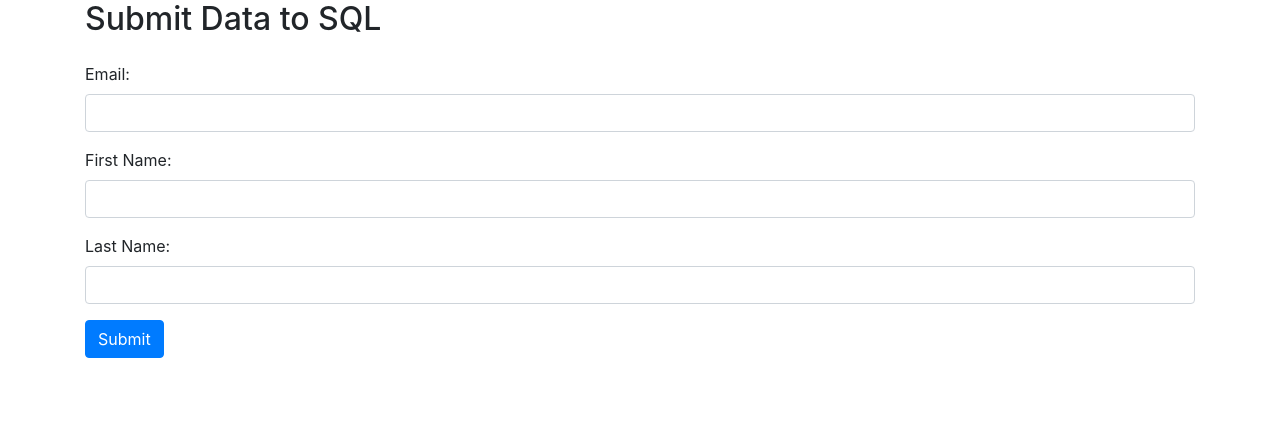
Repository: aayaaaaaaa/JciTriningg
Page: http://localhost/
These files come from the project's save history. The page is drawn as it stood at one moment and after the next save; the edit follows.
The browser window is 1280 px wide. The pictures show the whole page.
The page is run by PHP 8.4 with error messages shown; the project is at /var/www/html/.

Above is the page before, as saved 2023-08-16 20:12:34.

After the next save:
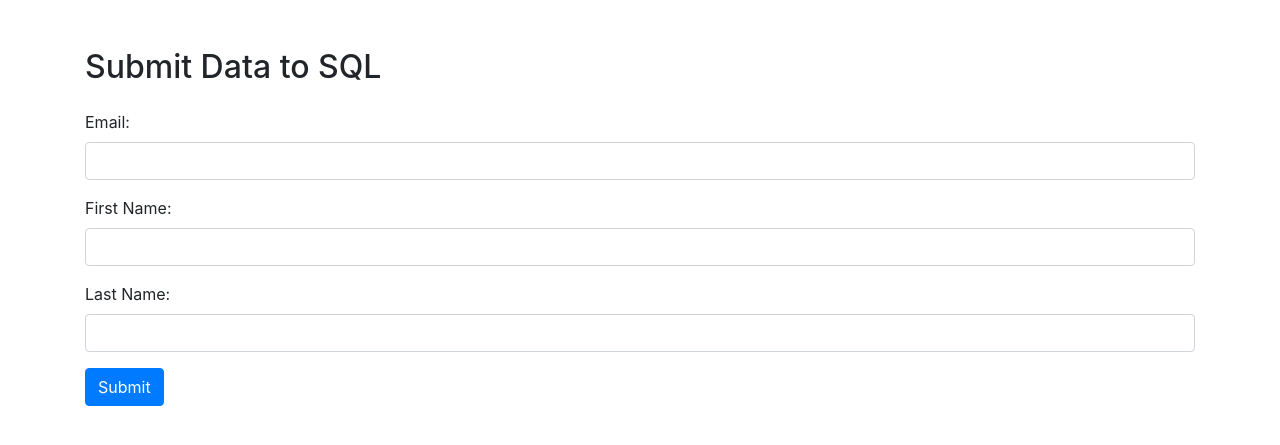
Saved 5 s later.
--- a/index.php
+++ b/index.php
@@ -6,7 +6,7 @@
     <link rel="stylesheet" href="https://maxcdn.bootstrapcdn.com/bootstrap/4.5.2/css/bootstrap.min.css">
 </head>
 <body>
-    <div class="container mt-6">
+    <div class="container mt-5">
         <h2 class="mb-4">Submit Data to SQL</h2>
         <form action="submit.php" method="post">
             <div class="form-group">
